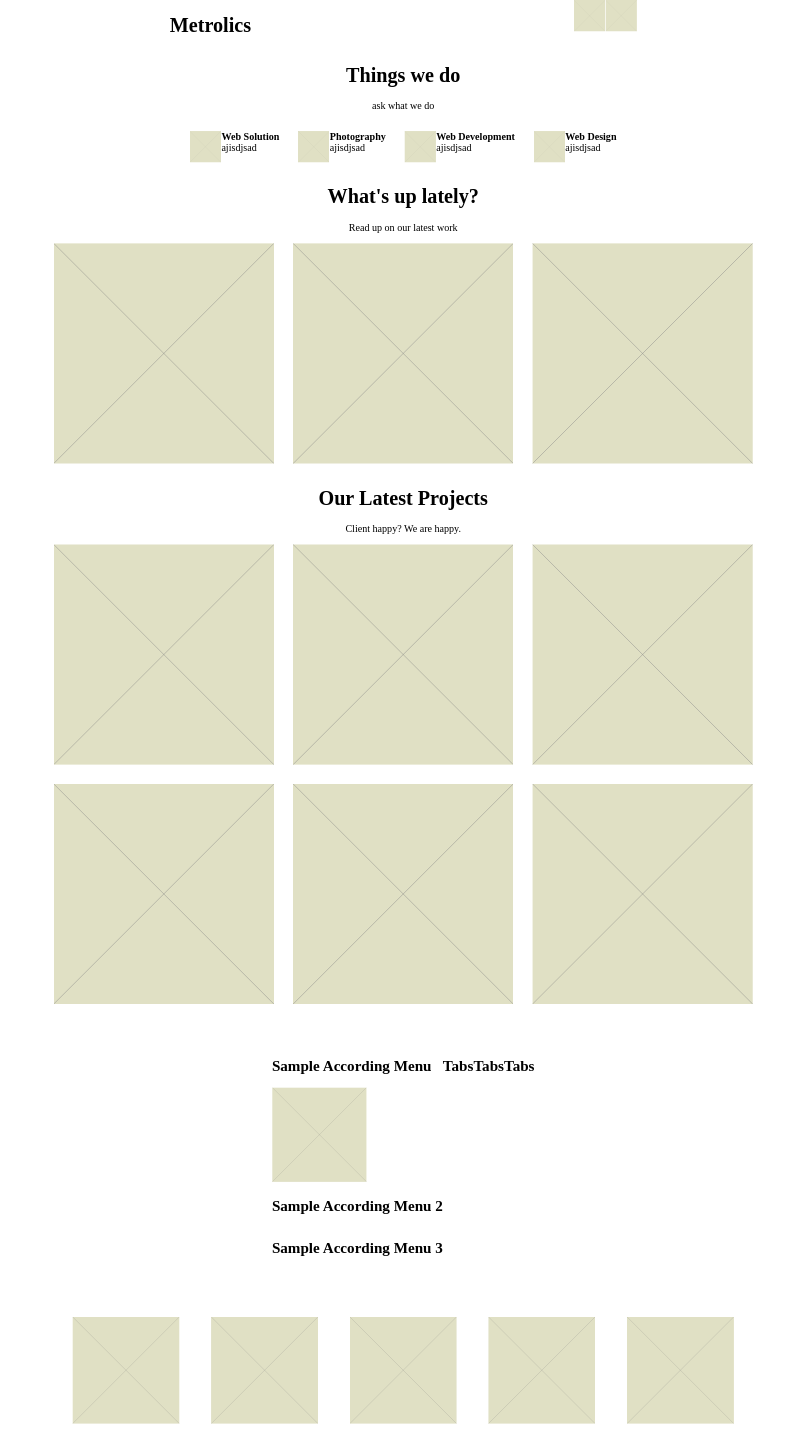
Repository: ReallyNguyen/responsive-web
Page: index.html
These files come from the project's save history. The page is drawn as it stood at one moment and after the next save; the edit follows.
The browser window is 1280 px wide. The pictures show the whole page, at 63% of full size.

Above is the page before, as saved 2023-01-25 21:27:43.

After the next save:
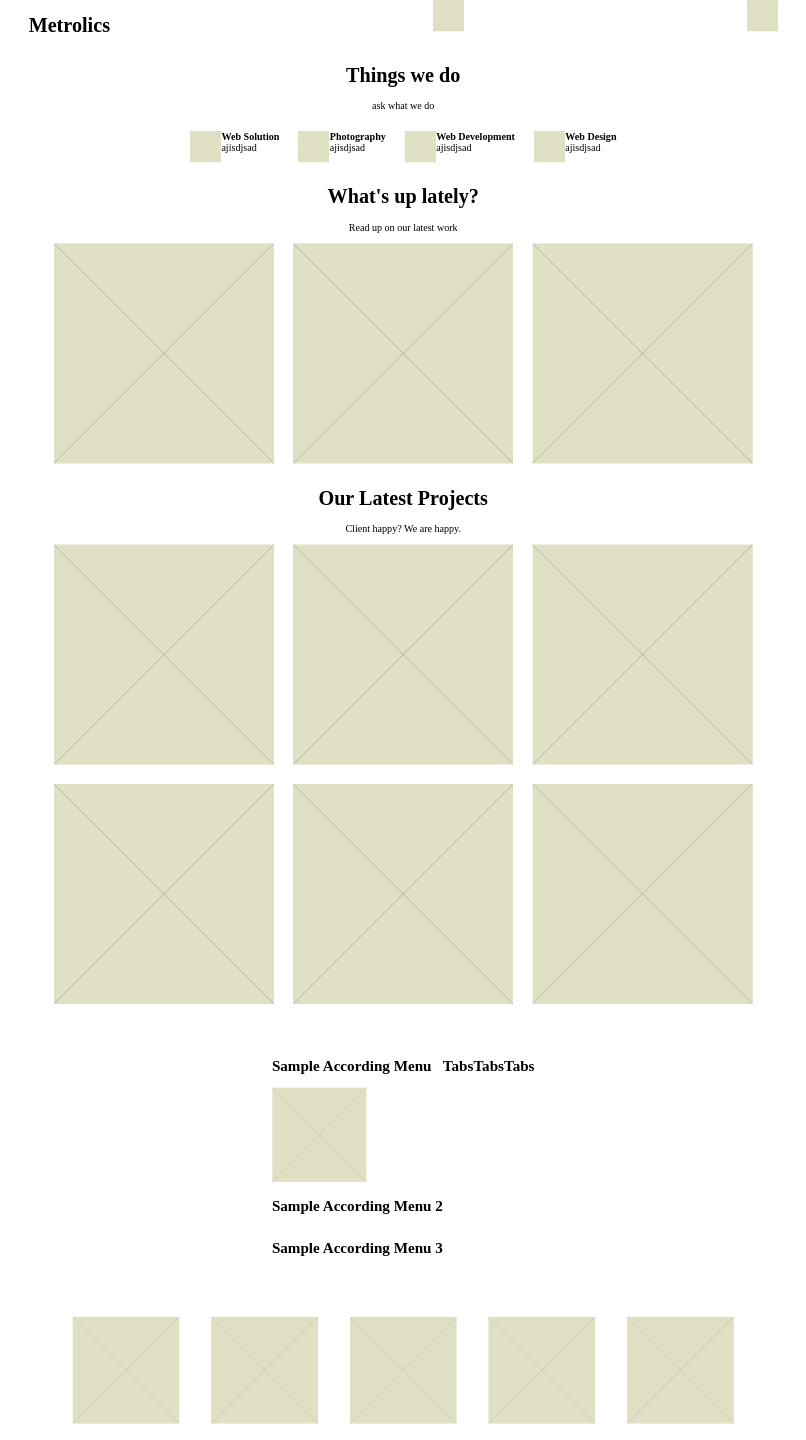
Saved 13 s later.
--- a/css/main.css
+++ b/css/main.css
@@ -6,6 +6,10 @@
 
 .company-name {
   margin-right: 40%;
+}
+
+.logo {
+  margin-right: 35%;
 }
 
 
